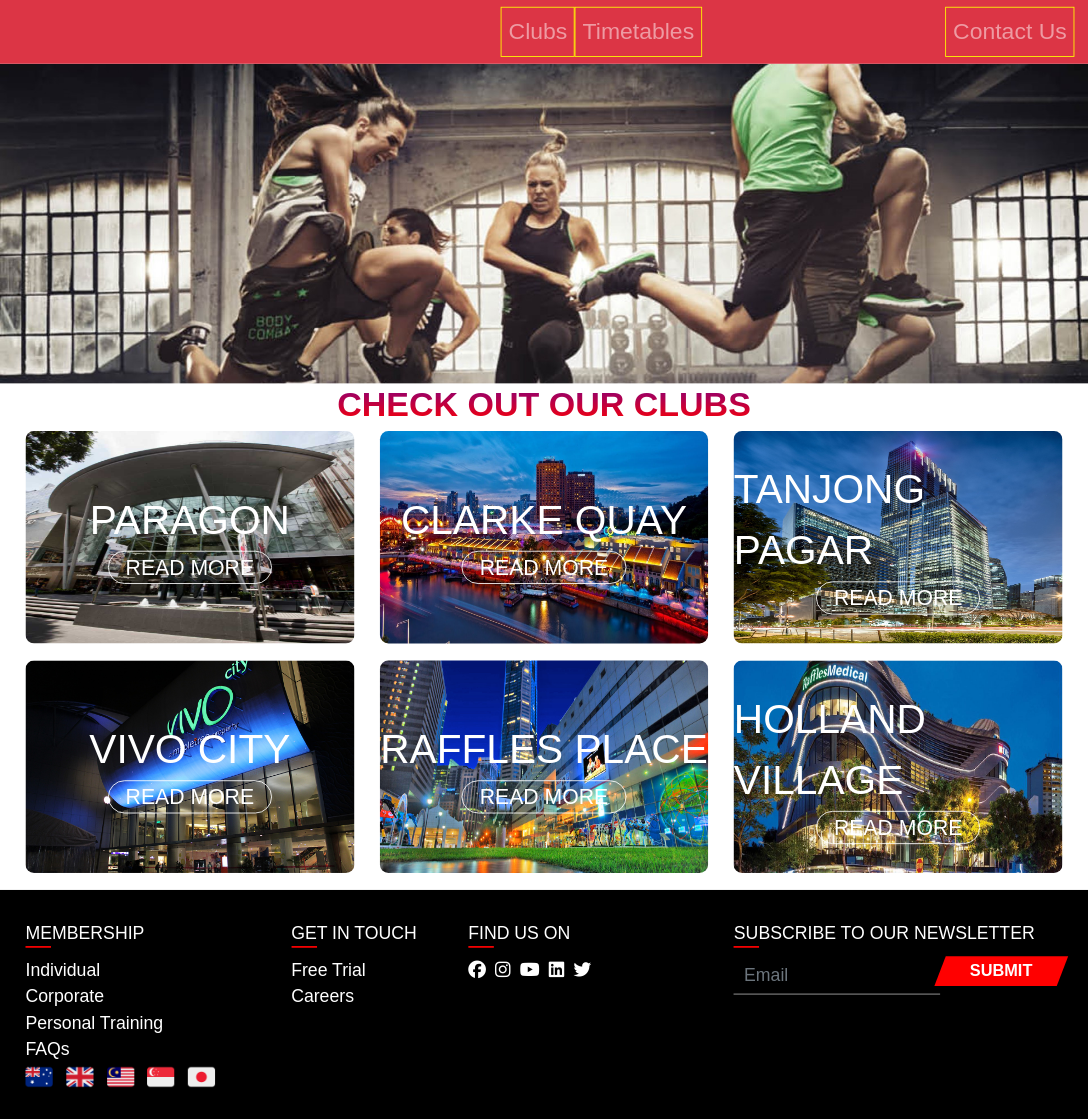
Repository: KJY93/User_Centric_Frontend_Development_Project
Page: clubs.html
The author's editor kept a record of every edit. The page is drawn from the files as they stood at one moment, then again after the next edit.
The browser window is 1280 px wide. The pictures show the whole page, at 85% of full size.
Some web fonts or font styles are not loaded; a fallback is used. Some web libraries are served in a nearby version.

Above is the page before.

After the next edit:
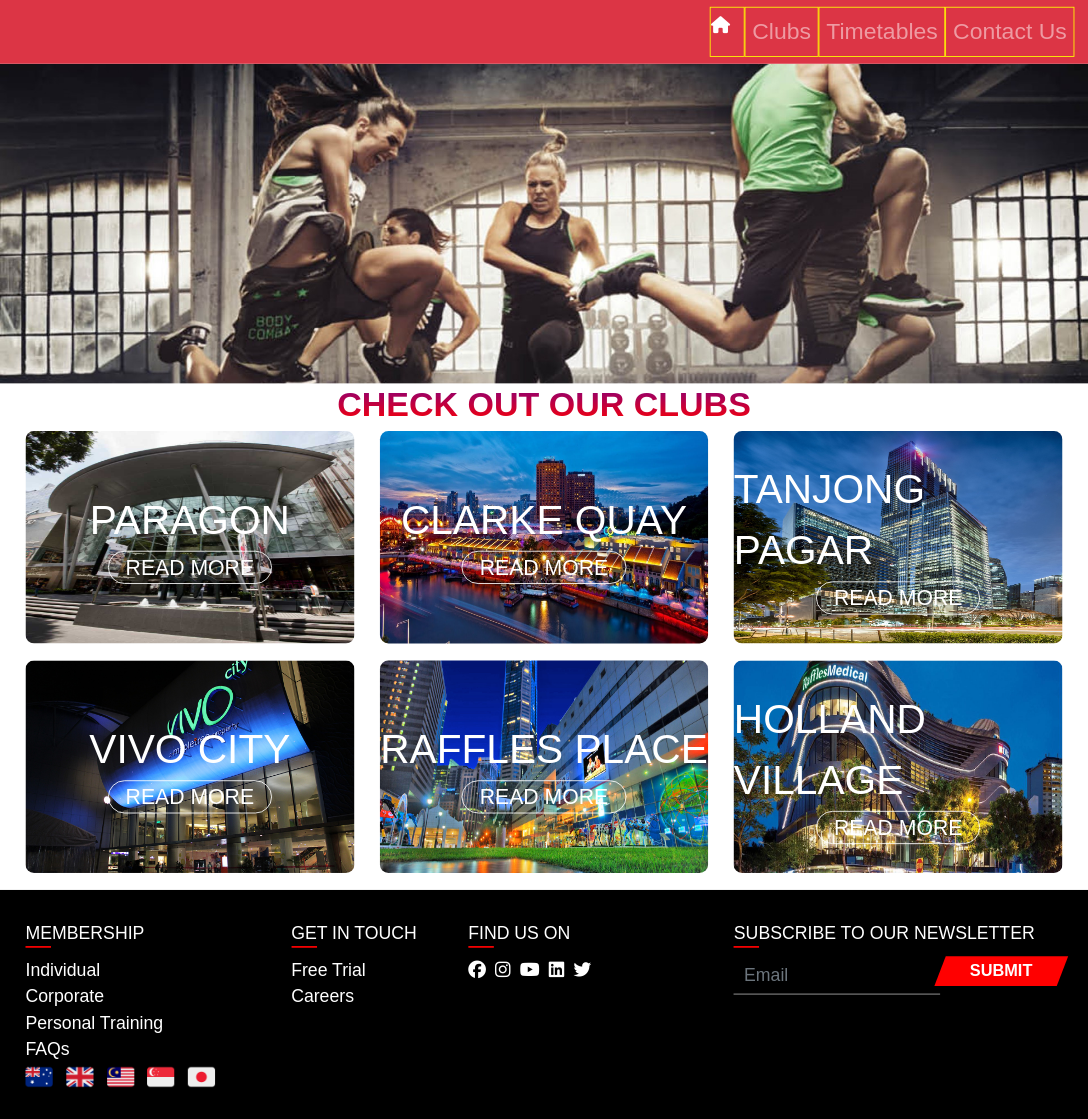
The edit:
--- a/clubs.html
+++ b/clubs.html
@@ -38,8 +38,8 @@
 			  	</button>
 			  	<div class="collapse navbar-collapse" id="navbarNav">
 			  		<ul class="navbar-nav ml-auto">
-
-			  		</ul>
+						<li class="nav-item"><a class="navbar-brand nav-status" href="index.html"><span><i class="fas fa-home"></i></span></a></li>
+
 
 			    	<ul class="navbar-nav ml-auto">
 			      		<li class="nav-item">
